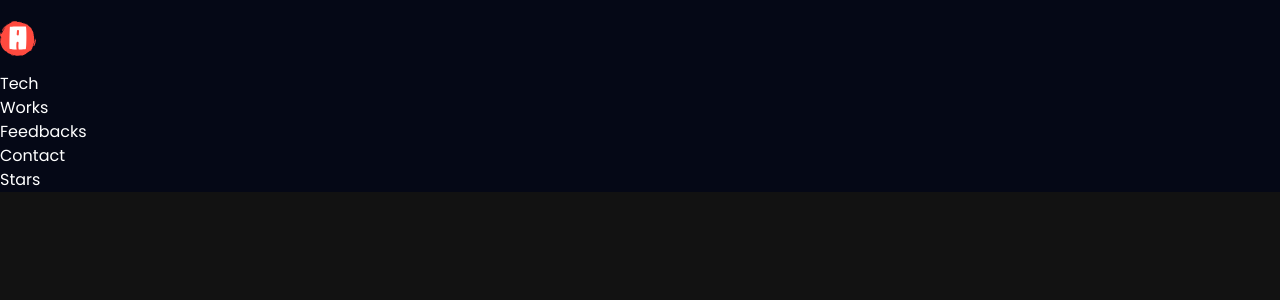
Repository: smallchungus/updatedPersonalWebsite
Page: /
These files come from the project's save history. The page is drawn as it stood at one moment and after a run of saves; the edit follows.
The browser window is 1280 px wide. The pictures show the whole page.
The project was rebuilt for these pictures with package versions that can differ from the ones it lists, and the page was loaded fresh each time. Also part of the build but not shown: vite.config.js, src/components/canvas/Earth.jsx, src/components/canvas/Ball.jsx, src/components/canvas/Computers.jsx.

Above is the page before, as saved 2023-11-26 09:41:17.

After the next 4 saves:
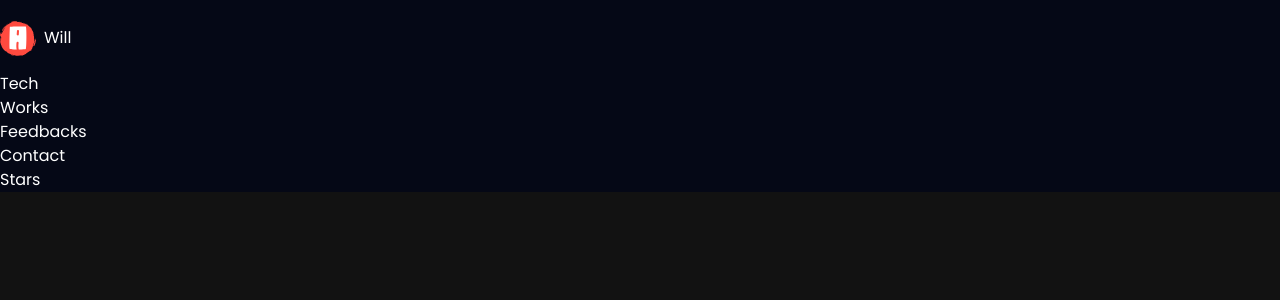
The 4 saves are shown as one change because they came seconds apart.
The last was saved 83 s later.
--- a/src/components/Navbar.jsx
+++ b/src/components/Navbar.jsx
@@ -21,6 +21,7 @@ const Navbar = () => {
             }}
             >
               <img src={logo} alt="logo" className="w-9 h-9 object-contain" />
+              <p>Will</p>
           </Link>
       </div>
     </nav>
